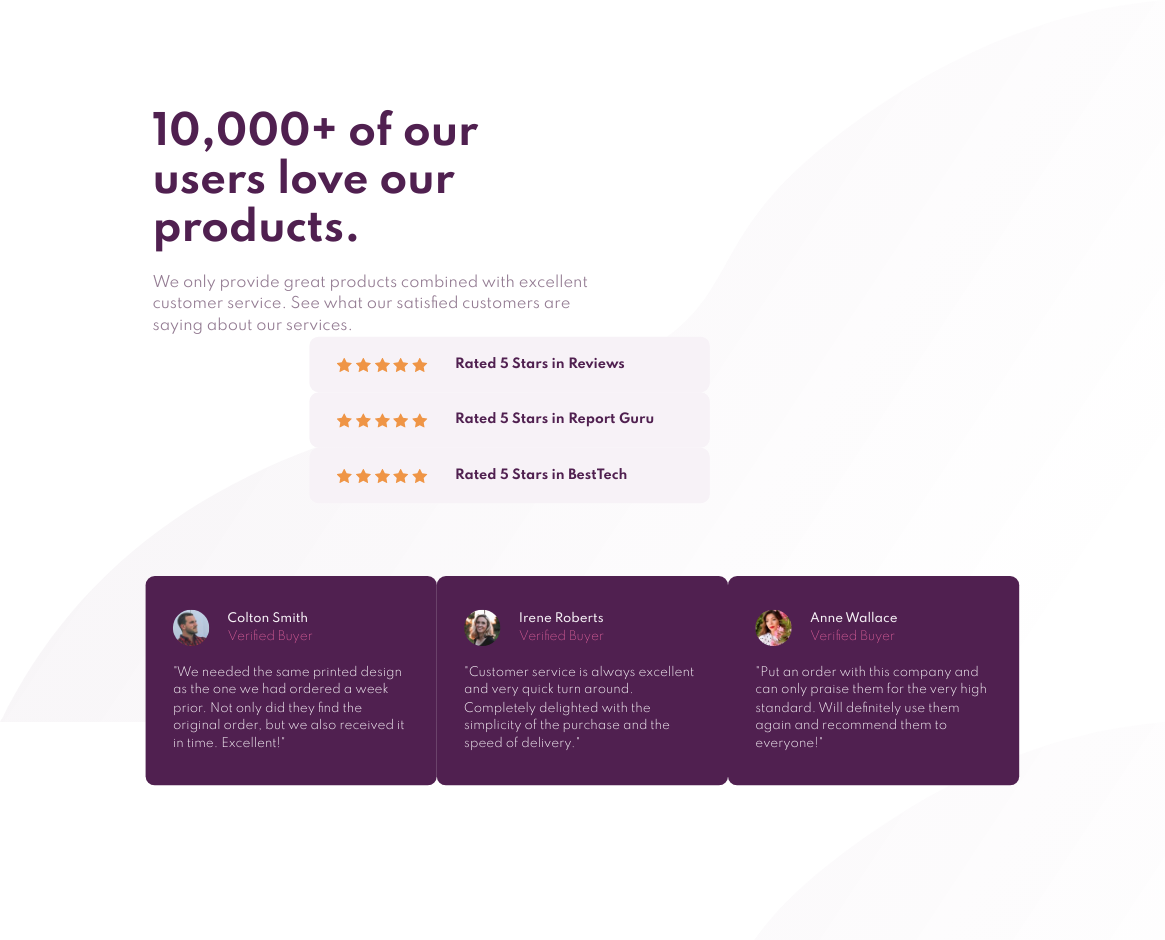
Repository: metehankasapp/social-proof-section-master
Page: index.html
The author's editor kept a copy of each file at every save. The page is drawn from the files as they stood at one save, then again after the next save.
The browser window is 1280 px wide. The pictures show the whole page, at 91% of full size.
Some web libraries are served in a nearby version.

Above is the page before, as saved 2021-12-05 08:59:06.

After the next save:
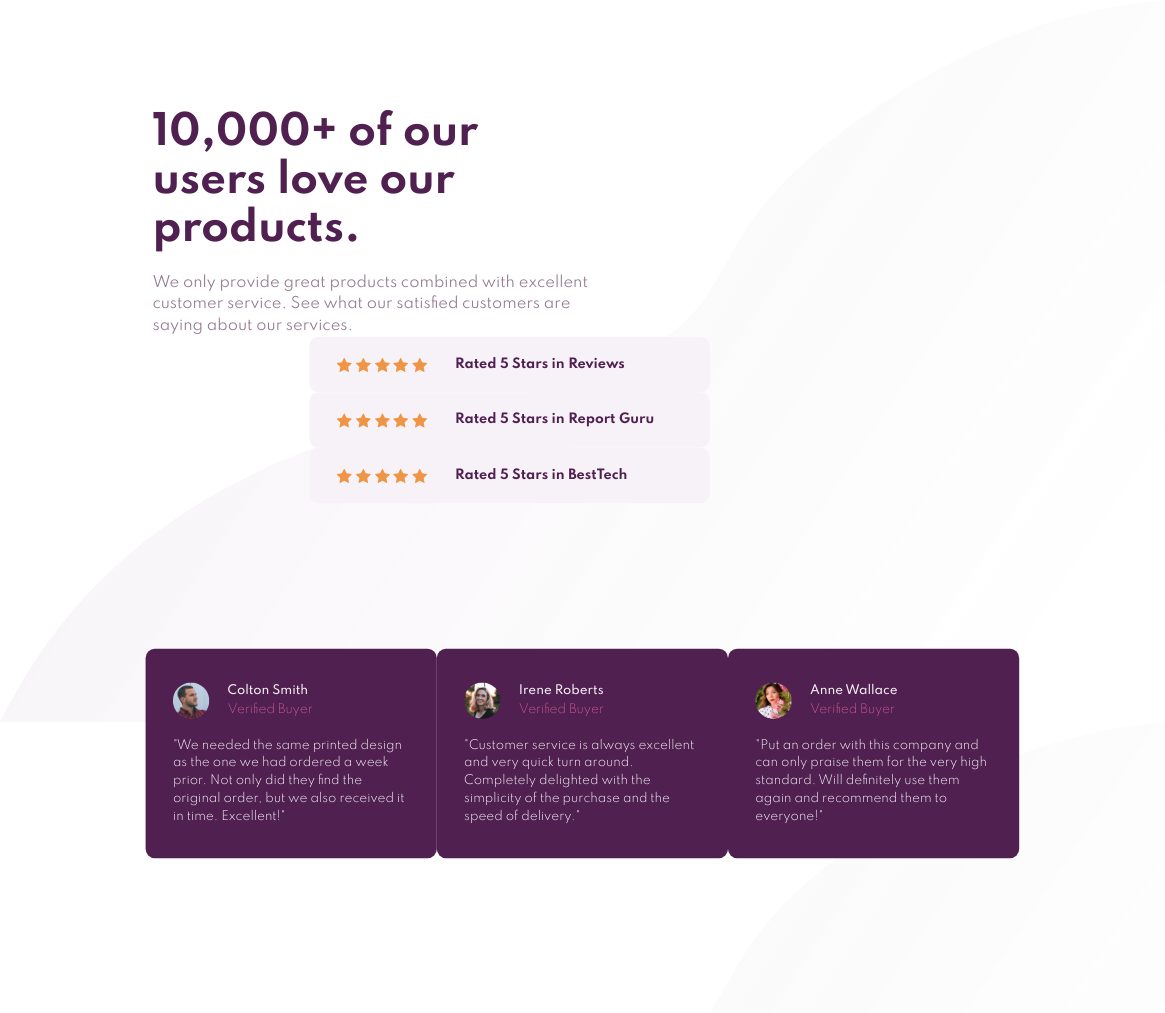
Saved 79 s later.
--- a/style.css
+++ b/style.css
@@ -85,8 +85,12 @@ body {
 }
 
 
-.card-item:nth-child(2){
-    margin-top: 4rem;
+.card-ctr:nth-child(2){
+    padding-top: 4rem;
+}
+
+.card-ctr:nth-child(3){
+    padding-top: 8rem;
 }
 
 .card-headerr {
